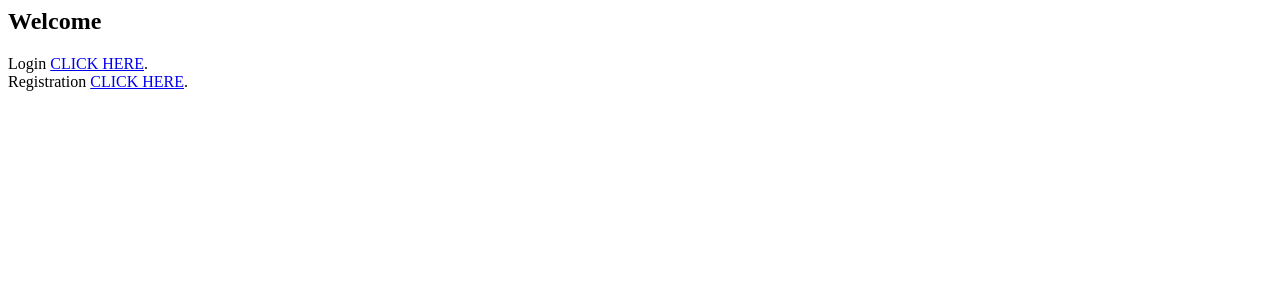
Repository: OrusuRatnamala/JAVA
Page: http://localhost/TrainWeb/
These files come from the project's save history. The page is drawn as it stood at one moment and after the next save; the edit follows.
The browser window is 1280 px wide. The pictures show the whole page.
The page is served by Tomcat 9. Other server files are loaded and not shown.

Above is the page before, as saved 2023-10-11 06:55:10.

### springdao/TrainWeb/src/main/webapp/index.jsp
<html>
<body>
	<h2>Welcome</h2>
	Login
	<a href="login.jsp">CLICK HERE</a>.
	<br>Registration
	<a href="registration.jsp">CLICK HERE</a>.
</body>
</html>

After the next save:
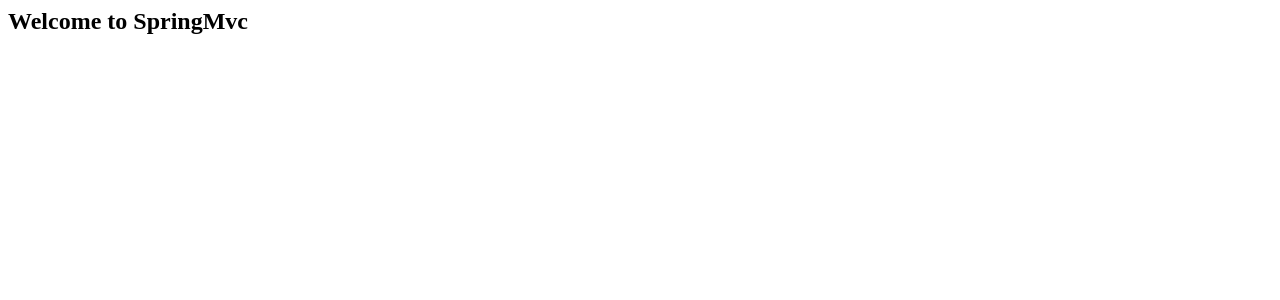
Saved 11 h 4 min later.
--- a/springdao/TrainWeb/src/main/webapp/index.jsp
+++ b/springdao/TrainWeb/src/main/webapp/index.jsp
@@ -1,9 +1,6 @@
 <html>
 <body>
-	<h2>Welcome</h2>
-	Login
-	<a href="login.jsp">CLICK HERE</a>.
-	<br>Registration
-	<a href="registration.jsp">CLICK HERE</a>.
+	<h2>Welcome to SpringMvc</h2>
+	<a href="registration.jsp">
 </body>
 </html>
